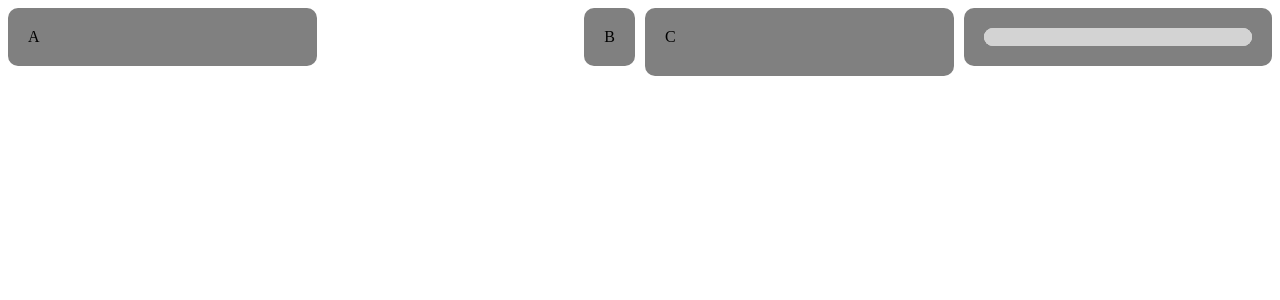
Repository: Yevhen94/nixhw
Page: fourth-lesson/index.html
These files come from the project's save history. The page is drawn as it stood at one moment and after the next save; the edit follows.
The browser window is 1280 px wide. The pictures show the whole page.

Above is the page before, as saved 2022-02-08 15:56:46.

### fourth-lesson/index.html
<!DOCTYPE html>
<html lang="en">
  <head>
    <meta charset="UTF-8" />
    <meta http-equiv="X-UA-Compatible" content="IE=edge" />
    <meta name="viewport" content="width=device-width, initial-scale=1.0" />
    <link rel="stylesheet" href="./styles/index.css" />
    <title>Flex+Grid</title>
  </head>
  <body>
    <!-- <div class="first-ex">
      <div class="block block--yellow">
        <span>A</span>
      </div>
      <div class="block block--yellow">
        <span>B</span>
      </div>
      <div class="block block--yellow">
        <span>C</span>
      </div>
      <div class="block block--pink">
        <span>D</span>
      </div>
      <div class="block block--pink">
        <span>E</span>
      </div>
      <div class="block block--pink">
        <span>F</span>
      </div>
      <div class="block block--green">
        <span>G</span>
      </div>
      <div class="block block--green">
        <span>H</span>
      </div>
      <div class="block block--green">
        <span>I</span>
      </div>
      <div class="block block--blue">
        <span>J</span>
      </div>
      <div class="block block--blue">
        <span>K</span>
      </div>
      <div class="block block--blue">
        <span>L</span>
      </div>
    </div> -->
    <!-- <div class="second-ex">
      <div class="resp-block two-in-one">
        <span>A</span>
      </div>
      <div class="resp-block">
        <span>B</span>
      </div>
      <div class="resp-block">
        <span>C</span>
      </div>
      <div class="resp-block">
        <span>D</span>
      </div>
      <div class="resp-block">
        <span>E</span>
      </div>
      <div class="resp-block">
        <span>F</span>
      </div>
      <div class="resp-block four-in-one">
        <span>G</span>
      </div>
      <div class="resp-block">
        <span>H</span>
      </div>
      <div class="resp-block">
        <span>I</span>
      </div>
      <div class="resp-block">
        <span>J</span>
      </div>
      <div class="resp-block three-in-one">
        <span>K</span>
      </div>
      <div class="resp-block">
        <span>L</span>
      </div>
      <div class="resp-block">
        <span>M</span>
      </div>
    </div> -->
    <div class="third-ex">
      <div class="item">
        <span>A</span>
      </div>
      <div class="item">
        <span>B</span>
      </div>
      <div class="item two-row-item">
        <span>C</span>
      </div>
      <div class="item subgrid">
        <div class="subitem subitem-first"></div>
        <div class="subitem"></div>
        <div class="subitem"></div>
      </div>
    </div>
  </body>
</html>

### fourth-lesson/styles/index.css
.first-ex {
  grid-template-columns: repeat(3, 1fr);
  display: grid;
  gap: 10px;
}

.block {
  justify-content: center;
  align-items: center;
  min-height: 150px;
  font-weight: bold;
  min-width: 150px;
  font-size: 30px;
  display: flex;
}

.block--yellow {
  background-color: yellow;
  justify-self: end;
}

.block--pink {
  background-color: pink;
  justify-self: start;
}

.block--green {
  background-color: lightgreen;
  justify-self: center;
}

.block--blue {
  background-color: lightblue;
}

.second-ex {
  grid-template-columns: repeat(auto-fill, minmax(200px, 1fr));
  display: grid;
  gap: 10px;
}

.resp-block {
  background-color: lightgrey;
  justify-content: center;
  align-items: center;
  border-radius: 20px;
  font-weight: bold;
  font-size: 30px;
  padding: 20px;
  display: flex;
}

.two-in-one {
  grid-column: 1 / span 2;
}

.four-in-one {
  grid-column-end: span 2;
  grid-row-end: span 2;
}

.three-in-one {
  grid-column-end: span 3;
}

.third-ex {
  grid-template-columns: repeat(4, 1fr);
  display: grid;
  gap: 10px;
}

.item {
  background-color: grey;
  border-radius: 10px;
  padding: 20px;
}

.item:nth-child(2) {
  justify-self: end;
}

.two-row-item {
  grid-row-end: span 2;
  grid-column-end: span 0.7;
}

.subgrid {
  grid-template-columns: subgrid;
  grid-template-rows: subgrid;
  display: grid;
}

.subitem {
  background-color: lightgray;
  border-radius: 10px;
}

.subitem-first {
  grid-row: 1 / span 2;
  grid-column: 1;
}

After the next save:
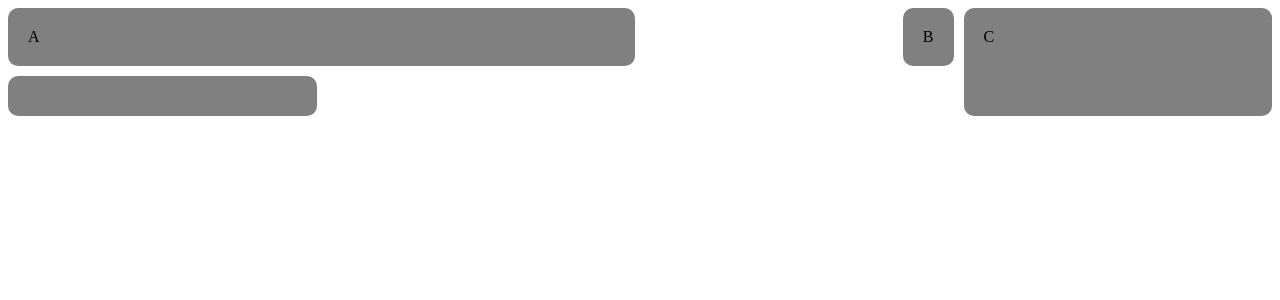
Saved 38 s later.
--- a/fourth-lesson/styles/index.css
+++ b/fourth-lesson/styles/index.css
@@ -75,6 +75,10 @@
   padding: 20px;
 }
 
+.item:nth-child(1) {
+  grid-column-end: span 2;
+}
+
 .item:nth-child(2) {
   justify-self: end;
 }
